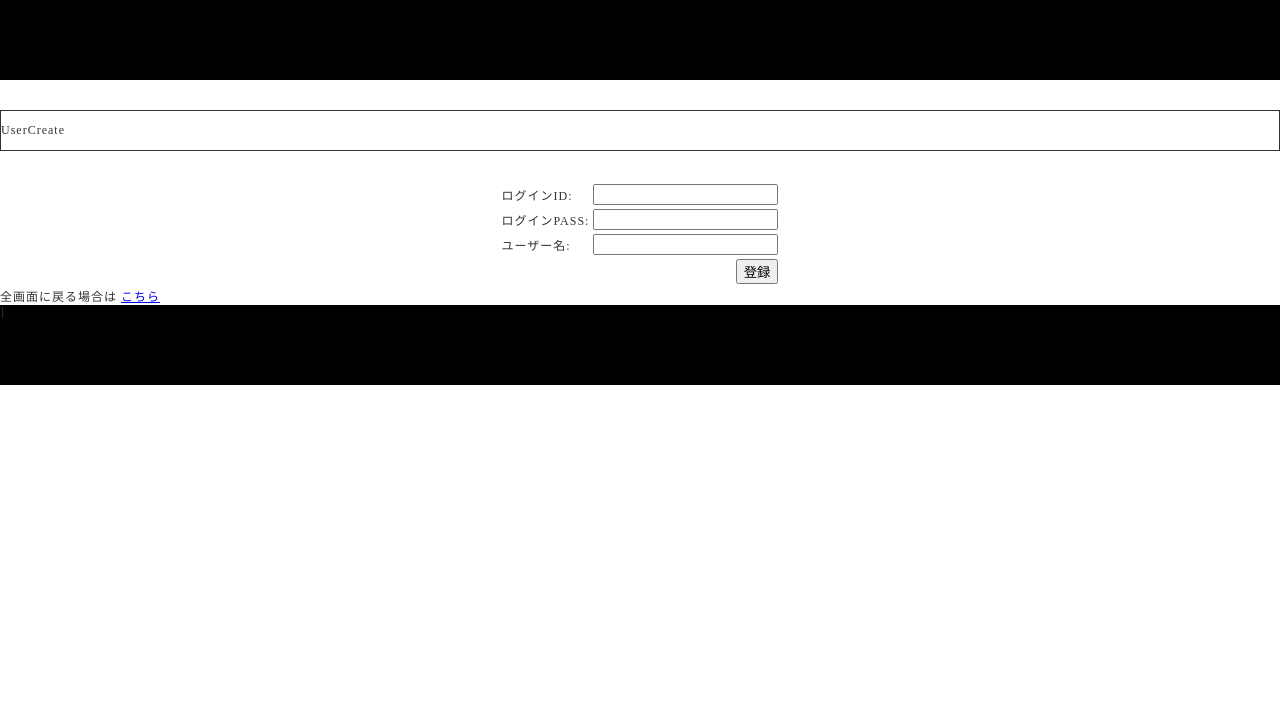
Repository: hiroki811/test
Page: http://localhost/template/userCreate.jsp
These files come from the project's save history. The page is drawn as it stood at one moment and after the next save; the edit follows.
The browser window is 1280 px wide. The pictures show the whole page.
The page is served by Tomcat 9. Other server files are loaded and not shown.

Above is the page before, as saved 2018-04-17 06:09:07.

### template/WebContent/userCreate.jsp
<%@ page language="java" contentType="text/html; charset=UTF-8"
	pageEncoding="UTF-8"%>
<%@ taglib prefix="s" uri="/struts-tags"%>
<!DOCTYPE html>
<html>
<head>
<meta http-equiv="Content-Type" content="text/html; charset=utf-8" />
<meta http-equiv="Content-Style-Type" content="text/css" />
<meta http-equiv="Content-Script-Type" content="text/javascript" />
<meta http-equiv="imagetoolbar" content="no" />
<meta name="description" content="" />
<meta name="keywords" content="" />
<title>UserCreate画面</title>

<style type="text/css">
/*==================TAG LAYOUT===============*/
body {
	margin: 0;
	padding: 0; line-height1 .6;
	letter-spacing: 1px;
	fontd-family: Cerdana, Helvetica, Sans-sans-serif;
	font-size: 12px;
	color: #333;
	background: #fff;
}

table {
	text-align: cente;
	margin: 0 auto;
}

/*=====================ID LAYOUT=======================*/
#top {
	width: 780;
	margin: 30px auto;
	border: 1px solid #333;
}

#header {
	width: 100%;
	height: 80px;
	background-color: black;
}

main {
	width: 100%;
	height: 500px;
	text-align: center;
}

#footer {
	width: 100%;
	height: 80px;
	background-color: black;
	clear: both;
}
</style>

</head>
<body>
	<div id="header">
		<div id="pr"></div>
	</div>
	<div id="main">
		<div id="top">
			<p>UserCreate</p>
		</div>
		<div>
			<s:if test="errorMassage !=''">
				<s:property value="errorMassage" escape="false" />
			</s:if>

			<table>
				<s:form action="UserCreateConfirmAction">
					<tr>
						<td><label>ログインID:</label></td>
						<td><input type="text" name="loginUserId" value="" /></td>
					</tr>

					<tr>
						<td><label>ログインPASS:</label>
						<td><input type="text" name="loginPassword" value="" /></td>
					</tr>
					<tr>
						<td><label>ユーザー名:</label></td>
						<td><input type="text" name="userName" value="" /></td>
					</tr>
					<s:submit value="登録" />
				</s:form>
			</table>
			<div>
				<span>全画面に戻る場合は</span> <a href='<s:url action="HomeAction"/>'>こちら</a>
			</div>
		</div>
	</div>
	<div id="footer">
		<div id="pr">]</div>
	</div>


</body>
</html>

After the next save:
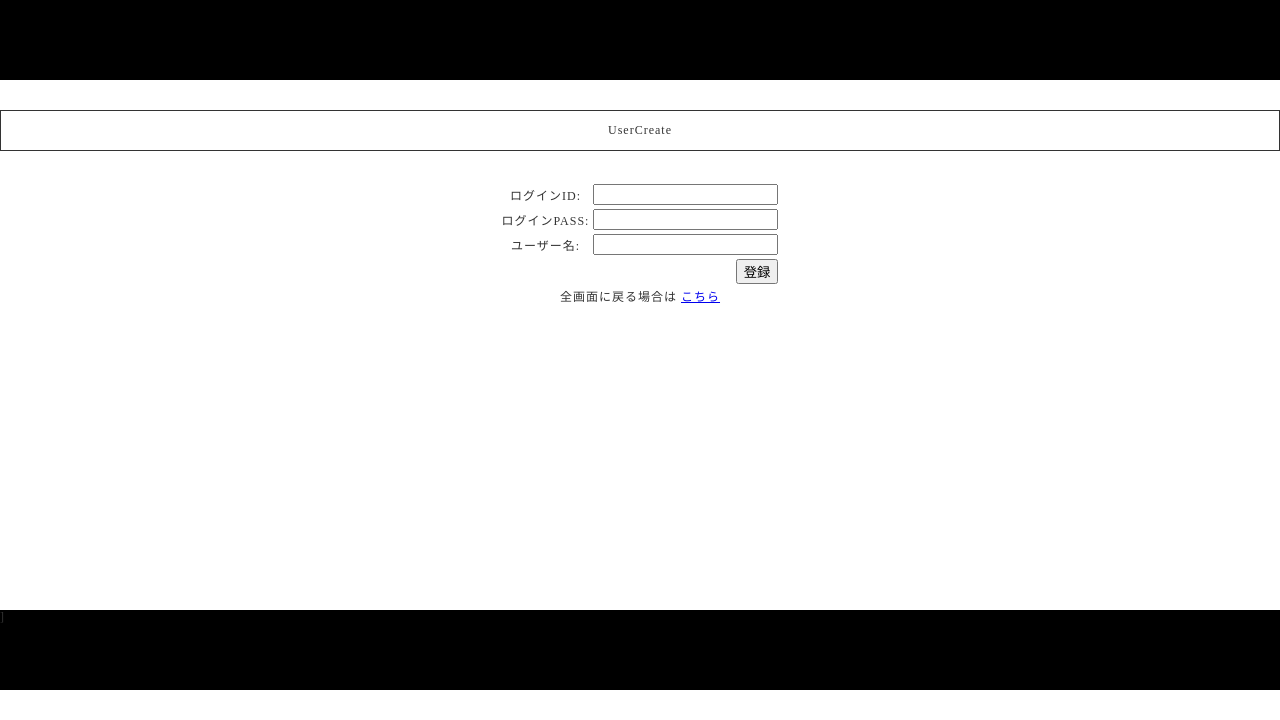
Saved 68 s later.
--- a/template/WebContent/userCreate.jsp
+++ b/template/WebContent/userCreate.jsp
@@ -42,7 +42,7 @@
 	background-color: black;
 }
 
-main {
+#main {
 	width: 100%;
 	height: 500px;
 	text-align: center;
